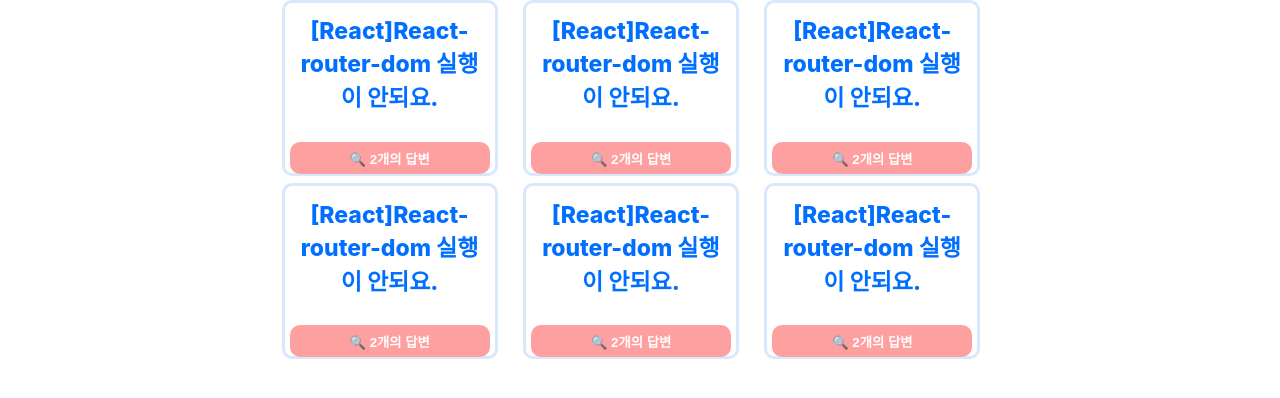
Repository: TeamCosine/Front
Page: /Qna
The author's editor kept a copy of each file at every save. The page is drawn from the files as they stood at one save, then again after a run of saves.
The browser window is 1280 px wide. The pictures show the whole page.
The project was rebuilt for these pictures with package versions that can differ from the ones it lists, and the page was loaded fresh each time. Also part of the build but not shown: src/components/home/Card.js, src/pages/Home.js, src/pages/Profile.js, src/pages/Login.js, src/components/MyInfo/Card.js, src/pages/MyInfo.js, src/pages/Write.js, src/pages/Invite.js.

Above is the page before, as saved 2023-07-22 23:07:05.

After the next 2 saves:
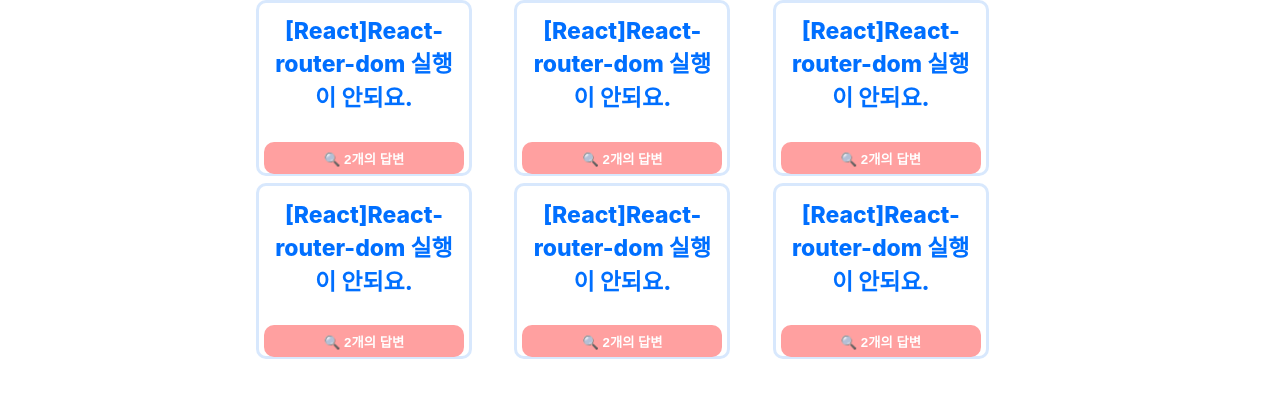
The 2 saves are shown as one change because they came seconds apart.
The last was saved 10 s later.
--- a/src/pages/Qna.js
+++ b/src/pages/Qna.js
@@ -10,8 +10,8 @@
    display: grid;
    grid-template-columns: repeat(3, 1fr);
    grid-gap: 1vh;
-   padding-left: 22vw;
-   padding-right: 22vw;
+   padding-left: 20vw;
+   padding-right: 20vw;
 `;
 
 const Qna =()=>{

After the save that followed:
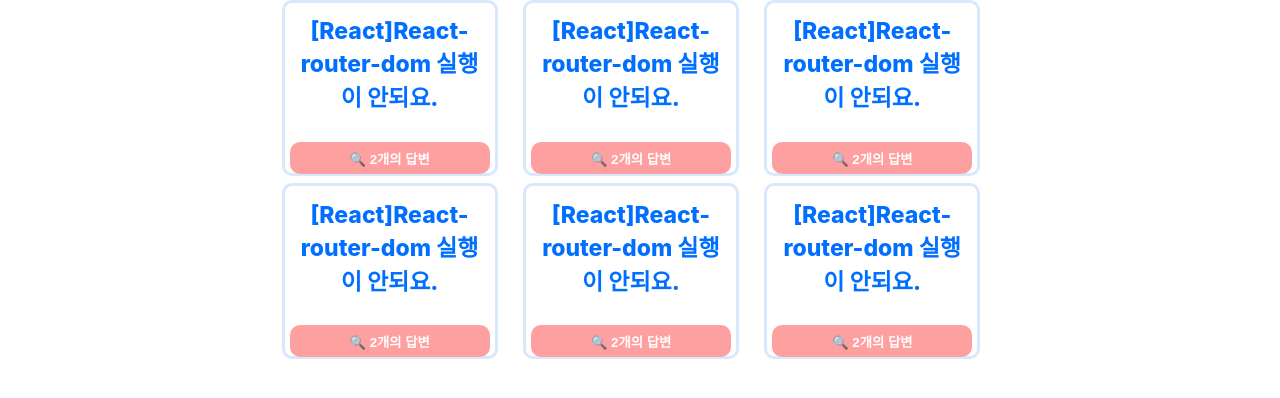
Saved 14 s later.
--- a/src/pages/Qna.js
+++ b/src/pages/Qna.js
@@ -10,8 +10,8 @@
    display: grid;
    grid-template-columns: repeat(3, 1fr);
    grid-gap: 1vh;
-   padding-left: 20vw;
-   padding-right: 20vw;
+   padding-left: 22vw;
+   padding-right: 22vw;
 `;
 
 const Qna =()=>{
